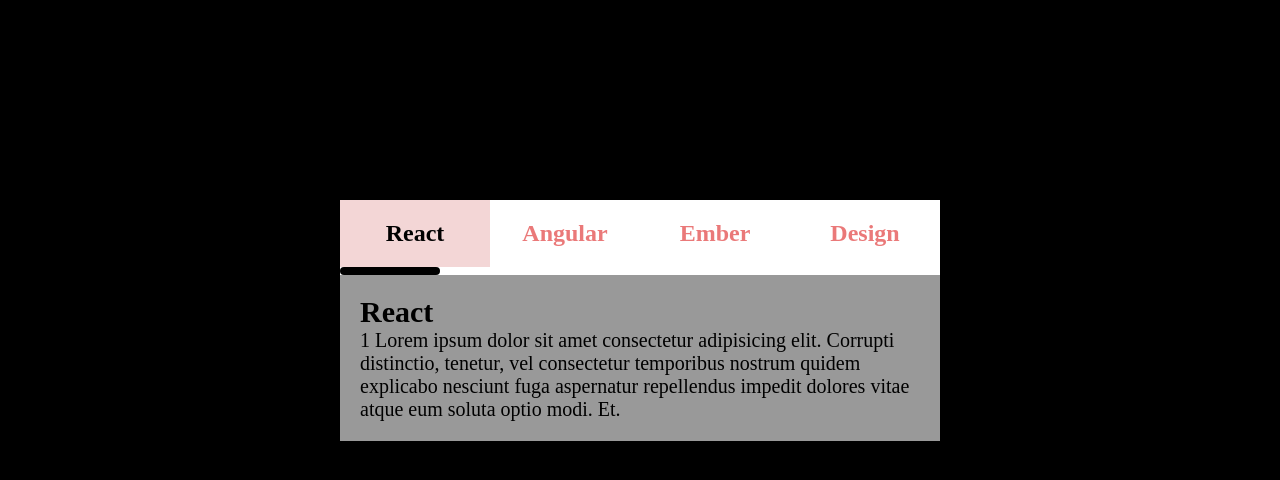
Repository: PCTai/javascript-coban
Page: tab UI/index.html
These files come from the project's save history. The page is drawn as it stood at one moment and after the next save; the edit follows.
The browser window is 1280 px wide. The pictures show the whole page.
The pointer rests on the first visible `.tab-item`.

Above is the page before, as saved 2022-02-10 09:13:30.

### tab UI/index.html
<!DOCTYPE html>
<html lang="en">
<head>
    <meta charset="UTF-8">
    <meta http-equiv="X-UA-Compatible" content="IE=edge">
    <meta name="viewport" content="width=device-width, initial-scale=1.0">
    <title>Document</title>
    <link rel="stylesheet" href="./style.css">
</head>
<body>
    <div class="container">
        <div class="tab">
            <div class="tab-item active">React</div>
            <div class="tab-item">Angular</div>
            <div class="tab-item">Ember</div>
            <div class="tab-item">Design</div>

        </div>
        <div class="tab-line"></div>
        <div class="box">
            <div class="box-item active">
                <h2>React</h2>
                1 Lorem ipsum dolor sit amet consectetur adipisicing elit. Corrupti distinctio, tenetur, vel consectetur temporibus nostrum quidem explicabo nesciunt fuga aspernatur repellendus impedit dolores vitae atque eum soluta optio modi. Et.</div>
            <div class="box-item">
                <h2>Angular</h2>
                2 Lorem ipsum dolor sit amet consectetur adipisicing elit. Neque tempore omnis voluptas laudantium ut aperiam odit deleniti temporibus consequatur dolorem incidunt eveniet officia similique, nulla animi tenetur tempora ab maxime!</div>
            <div class="box-item">
                <h2>Ember</h2>
                3 Lorem ipsum dolor sit, amet consectetur adipisicing elit. Dignissimos dicta fugit error laudantium sunt deleniti nemo excepturi perferendis illo, porro animi commodi quis eaque beatae consectetur rerum magni fugiat libero.</div>
            <div class="box-item">
                <h2>Design</h2>
                4 Lorem ipsum dolor sit amet consectetur adipisicing elit. Est qui rem distinctio, earum dolorem ea doloremque mollitia tenetur architecto adipisci nisi aut dolor odio maxime. Suscipit fuga dolorem itaque beatae!</div>
        </div>

    </div>


    <script src="./app.js"></script>
</body>
</html>

### tab UI/style.css
*{
    margin: 0;
    border: 0;
    padding: 0;
}
body{
    background-color: #000;
}
.container{
    width: 600px;
    margin: auto;
    background-color:#fff;
    margin-top: 200px;

}
.tab{
    display: flex;
}
.tab-item{
    flex: 1;
    text-align: center;
    padding: 20px 0;
    opacity: 70%;
    font-size: 24px;
    font-weight: bold;
    color: rgb(226, 65, 65);
}
.tab-item:hover{
    opacity: 100%;
    color: #000;
    background-color: rgb(243, 214, 214);
}
.tab-line{
    width: 100px;
    height: 8px;
    left: 0;
    background-color: #000;
    transition: linear 0.3s;
    border-radius: 5px;
}
.tab .active{
    opacity: 100%;
    color: #000;
}
.box .active{
    display: block;

}
.box{
    background-color: #999;
}

.box-item{
    padding: 20px 20px;
    display: none;
    font-size: 20px;
}

### tab UI/app.js
var tabs=document.querySelector(".tab");
var boxs=document.querySelector('.box');
// console.log(tabs,boxs);
var TabLine=document.querySelector('.tab-line');
// console.log(TabLine);
tabs.fore

After the next save:
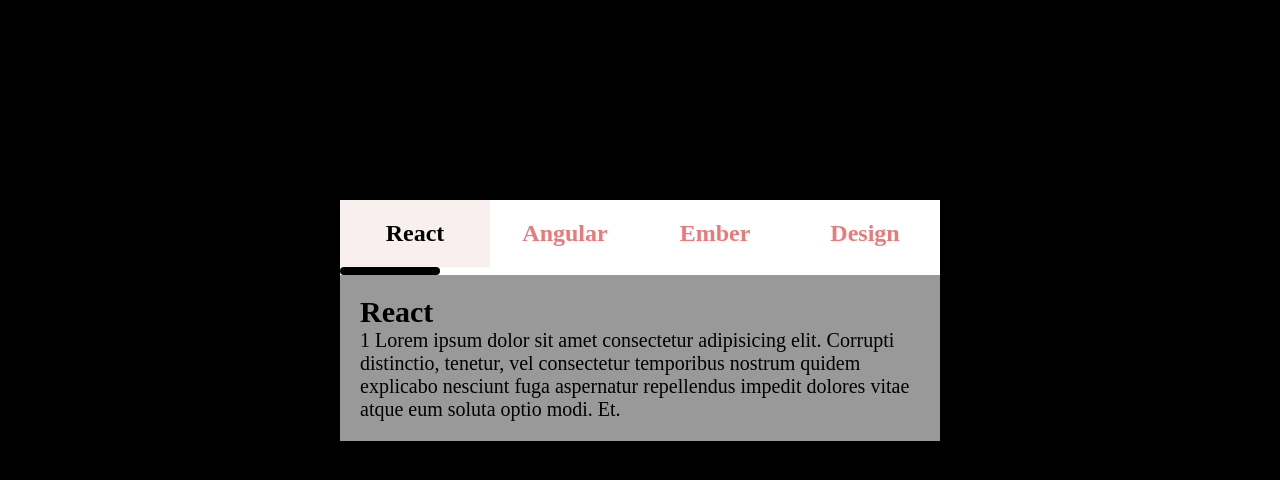
Saved 9 s later.
--- a/tab UI/style.css
+++ b/tab UI/style.css
@@ -28,7 +28,7 @@
 .tab-item:hover{
     opacity: 100%;
     color: #000;
-    background-color: rgb(243, 214, 214);
+    background-color: rgb(250, 239, 239);
 }
 .tab-line{
     width: 100px;
